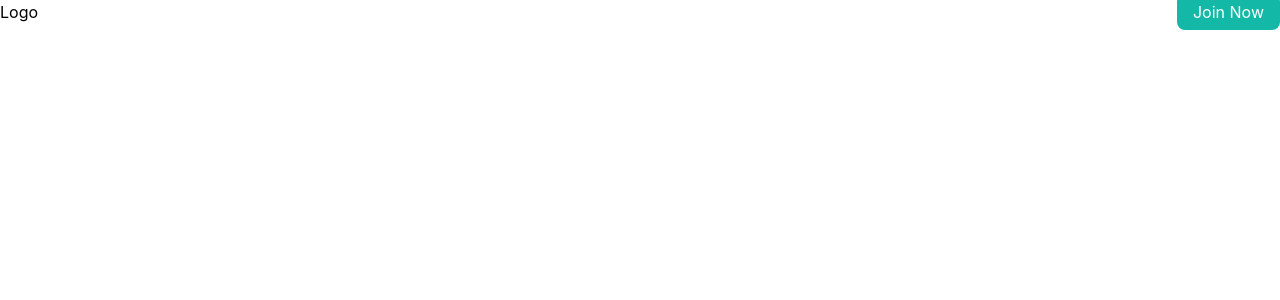
Repository: arafatmollah/auth-app
Page: /
An editor plug-in stored every save of this project. The page is shown before and after the next save, followed by the edit.
The browser window is 1280 px wide. The pictures show the whole page.
The project was rebuilt for these pictures with package versions that can differ from the ones it lists, and the page was loaded fresh each time. The framework's server and built-in components were replaced by stand-ins that run in the browser. Also part of the build but not shown: next.config.js.

Above is the page before, as saved 2022-10-03 16:10:44.

After the next save:
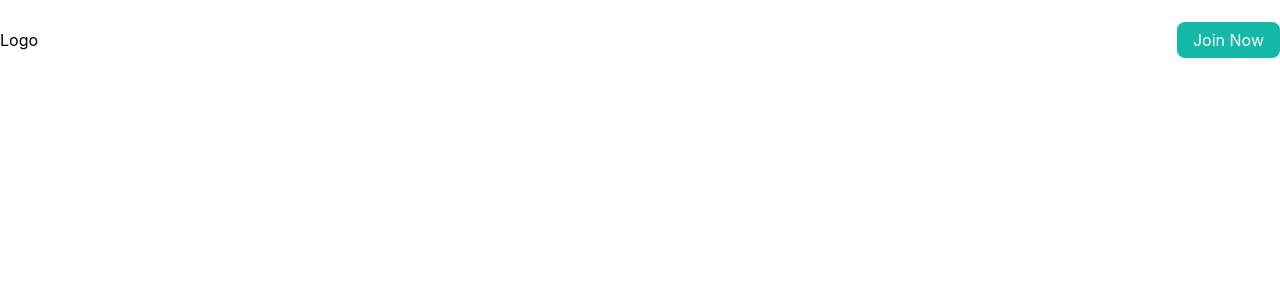
Saved 4 s later.
--- a/components/Nav.js
+++ b/components/Nav.js
@@ -4,7 +4,7 @@ import Link from 'next/link'
 function Nav() {
   return (
     <div>
-        <nav className='flex justify-between items-center py'>
+        <nav className='flex justify-between items-center py-7'>
         <Link href="/">Logo</Link>
         <ul>
             <Link href="/auth">
